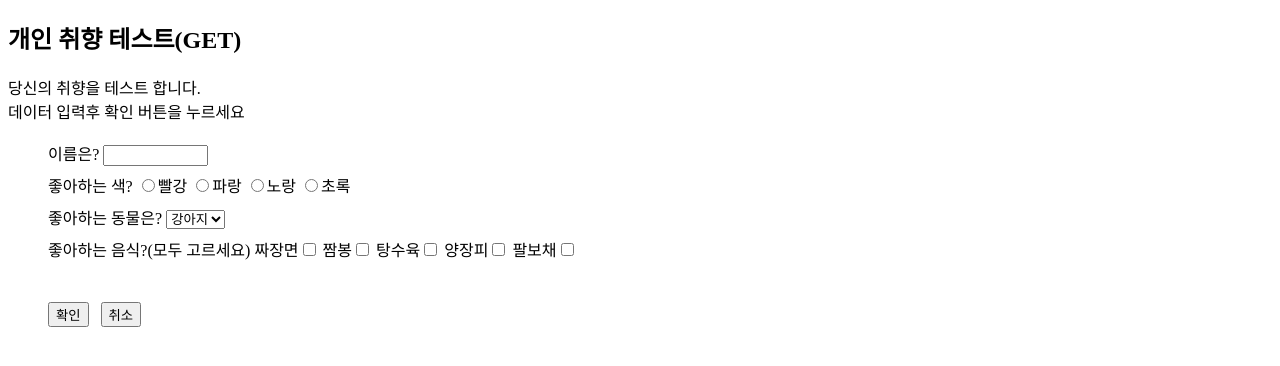
Repository: jsungl/WEBSERVER-WORKSPACE
Page: 01_helloweb/WebContent/servlet/testPerson1.html
An editor plug-in stored every save of this project. The page is shown before and after the next save, followed by the edit.
The browser window is 1280 px wide. The pictures show the whole page.

Above is the page before, as saved 2021-03-22 11:25:43.

### 01_helloweb/WebContent/servlet/testPerson1.html
<!DOCTYPE html>
<html>
<head>
<meta charset="UTF-8">
<title>개인 취향 테스트</title>
</head>
<body>
	<h2>개인 취향 테스트(GET)</h2>
	당신의 취향을 테스트 합니다.<br/>
	데이터 입력후 확인 버튼을 누르세요<br/>

	<form name="personFrm" action="/web/testPerson1.do" method="get">
	 <ul style="list-style: none; line-height: 200%;">
		<li>이름은?
			<input type="text" name="name" size="10" required/>
		</li>
		<li>좋아하는 색?
			<input type="radio" id="red" name="color" value="빨강" required/><label for="red">빨강</label>
			<input type="radio" id="blue" name="color" value="파랑" /><label for="blue">파랑</label>
			<input type="radio" id="yellow" name="color" value="노랑" /><label for="yellow">노랑</label>
			<input type="radio" id="green" name="color" value="초록" /><label for="green">초록</label>
		</li>
		<li>좋아하는 동물은?
			<select name="animal">
				<option value="강아지">강아지</option>
				<option value="고양이">고양이</option>
				<option value="병아리">병아리</option>
			</select>
		</li>
		<li>좋아하는 음식?(모두 고르세요)
			<label for="food1">짜장면</label><input type="checkbox" name="food" id="food1" value="짜장면" />
			<label for="food2">짬봉</label><input type="checkbox" name="food" id="food2" value="짬봉" />
			<label for="food3">탕수육</label><input type="checkbox" name="food" id="food3" value="탕수육" />
			<label for="food4">양장피</label><input type="checkbox" name="food" id="food4" value="양장피" />
			<label for="food5">팔보채</label><input type="checkbox" name="food" id="food5" value="팔보채" />
		</li>
		<li>
			<br/>
			<input type="submit" id="btnOK" value="확인"  />&nbsp;&nbsp;
			<input type="reset"  value="취소" />
		</li>

	 </ul>

	</form>
</body>
</html>

After the next save:
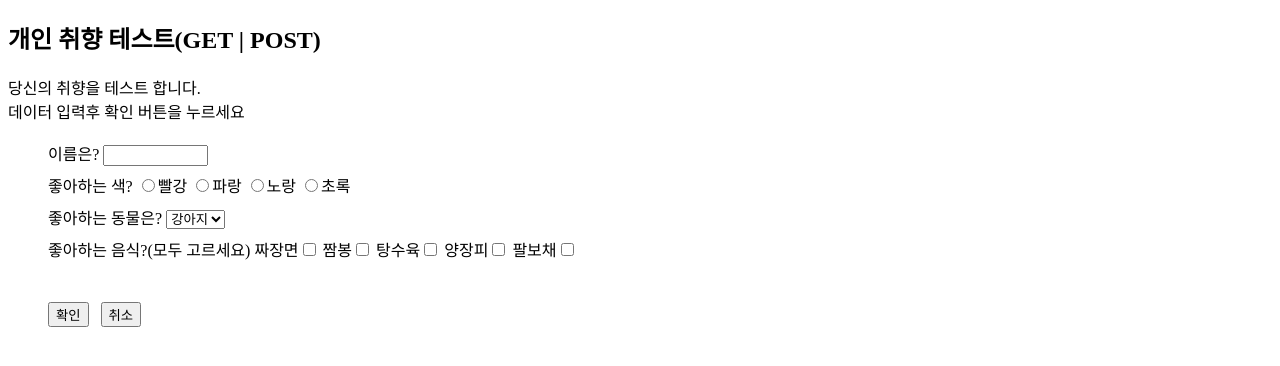
Saved 6 min 33 s later.
--- a/01_helloweb/WebContent/servlet/testPerson1.html
+++ b/01_helloweb/WebContent/servlet/testPerson1.html
@@ -5,11 +5,11 @@
 <title>개인 취향 테스트</title>
 </head>
 <body>
-	<h2>개인 취향 테스트(GET)</h2>
+	<h2>개인 취향 테스트(GET | POST)</h2>
 	당신의 취향을 테스트 합니다.<br/>
 	데이터 입력후 확인 버튼을 누르세요<br/>
 
-	<form name="personFrm" action="/web/testPerson1.do" method="get">
+	<form name="personFrm" action="/web/testPerson1.do" method="post">
 	 <ul style="list-style: none; line-height: 200%;">
 		<li>이름은?
 			<input type="text" name="name" size="10" required/>
